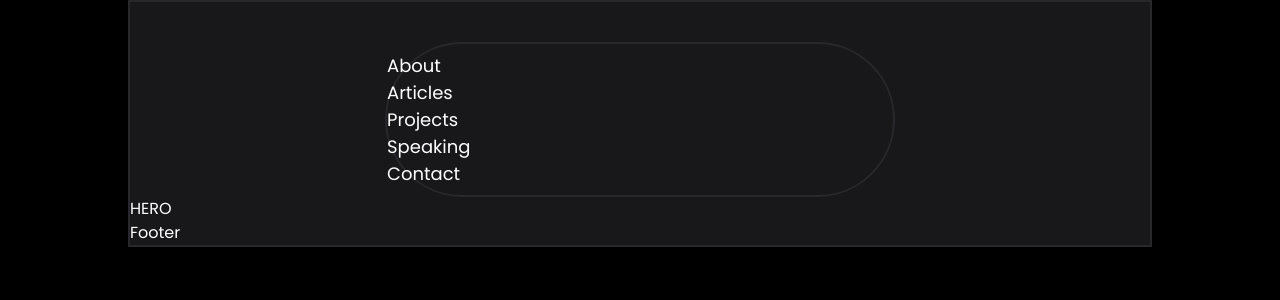
Repository: Wafaabahgat/Portfolio
Page: /
These files come from the project's save history. The page is drawn as it stood at one moment and after a run of saves; the edit follows.
The browser window is 1280 px wide. The pictures show the whole page.
The project was rebuilt for these pictures with package versions that can differ from the ones it lists, and the page was loaded fresh each time. Also part of the build but not shown: vite.config.ts, src/App.css, src/ErrorPage.tsx.

Above is the page before, as saved 2023-12-07 03:01:59.

After the next 3 saves:
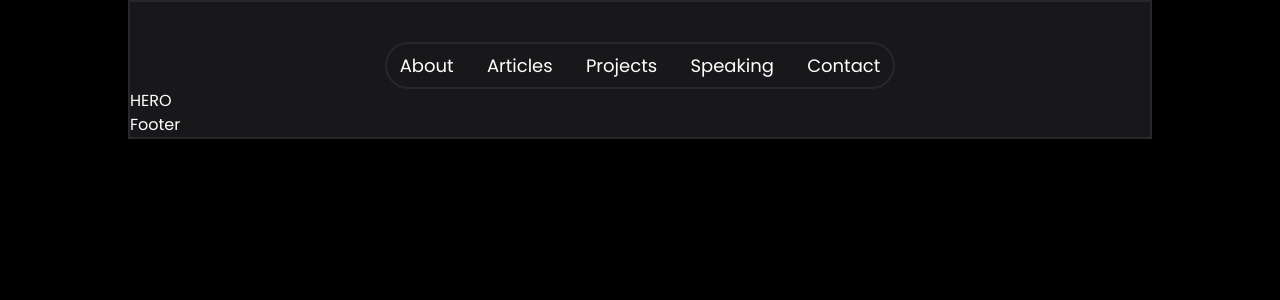
The 3 saves are shown as one change because they came seconds apart.
The last was saved 20 s later.
--- a/src/components/layouts/Header.tsx
+++ b/src/components/layouts/Header.tsx
@@ -29,8 +29,8 @@ const Header: FC<HeaderProps> = () => {
   return (
     <>
       <div className="mt-10">
-        <nav className="flex gap-2 py-2 border-h rounded-full w-[50%] mx-auto">
-          <ul>
+        <nav >
+          <ul className="flex gap-2 py-2 border-h rounded-full w-[50%] mx-auto">
             {links?.map((e, i) => (
               <li
                 key={i}
